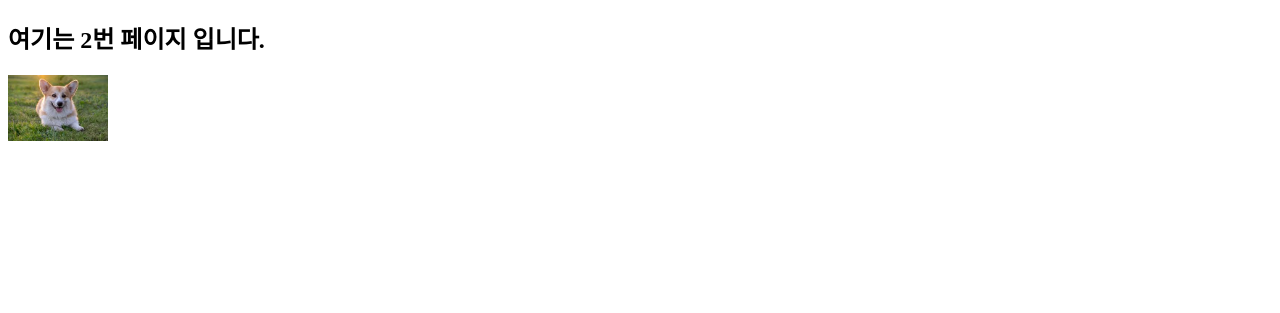
Repository: bbseok97/HTML
Page: http://localhost/jspbasic/actionTag/include_ex02.jsp
The author's editor kept a copy of each file at every save. The page is drawn from the files as they stood at one save, then again after the next save.
The browser window is 1280 px wide. The pictures show the whole page.
The page is served by Tomcat 9.

Above is the page before, as saved 2024-04-09 06:46:00.

After the next save:
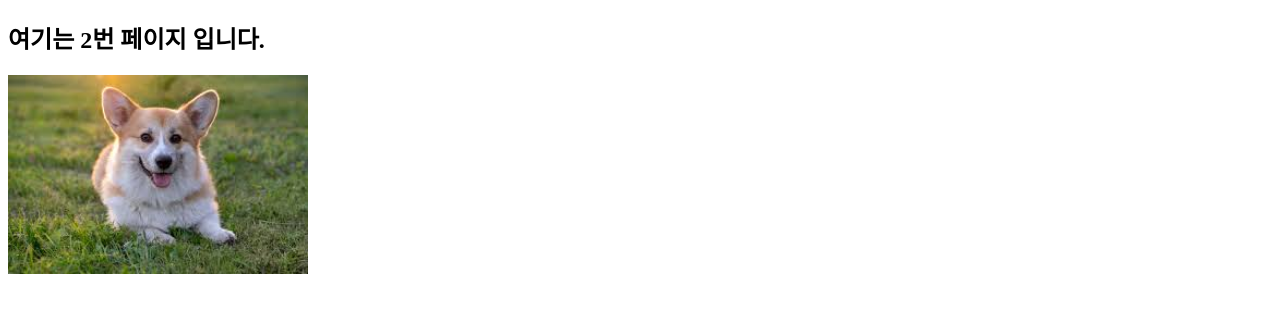
Saved 18 s later.
--- a/jspbasic/src/main/webapp/actionTag/include_ex02.jsp
+++ b/jspbasic/src/main/webapp/actionTag/include_ex02.jsp
@@ -8,6 +8,6 @@
 	</head>
 	<body>
 		<h2> 여기는 2번 페이지 입니다.</h2>
-		<img src="../images/다운로드.jpg" width="100">
+		<img src="../images/다운로드.jpg" width="300">
 	</body>
 </html>
